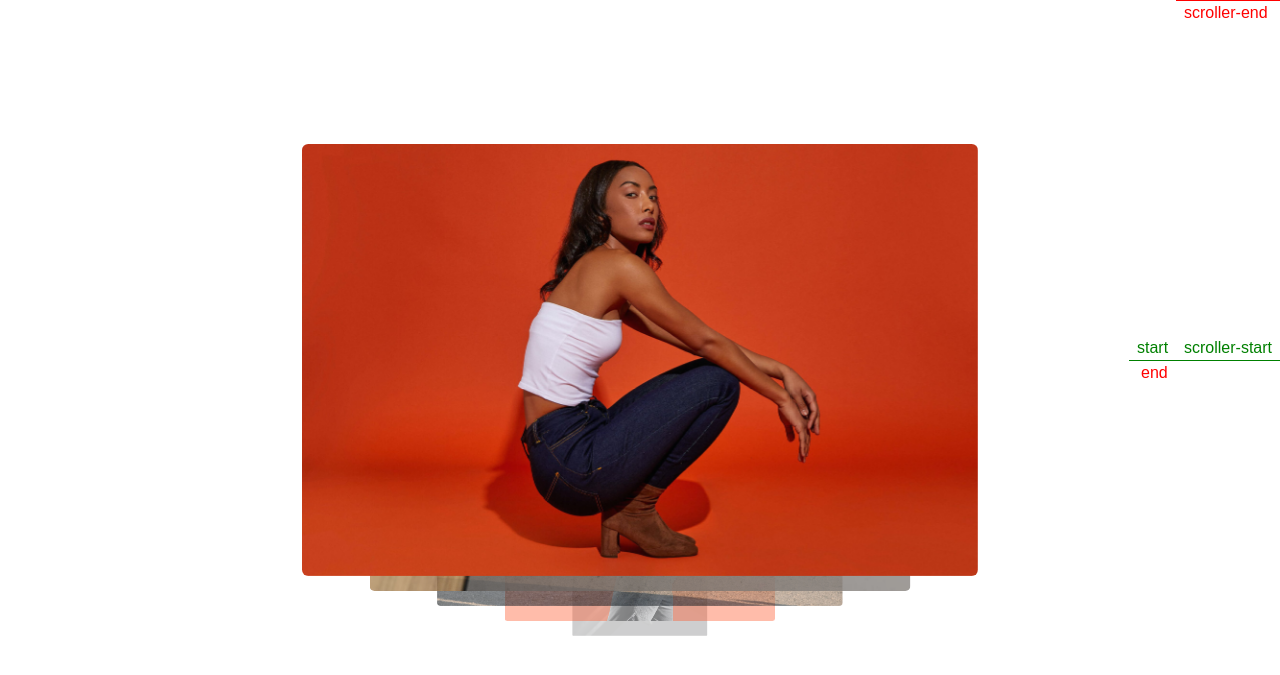
Repository: lwygold/motion
Page: layout/이미지 위로 계속 올라가는레이아웃.html
The author's editor kept a copy of each file at every save. The page is drawn from the files as they stood at one save, then again after the next save.
The browser window is 1280 px wide. The pictures show the whole page.

Above is the page before, as saved 2023-02-21 14:29:53.

After the next save:
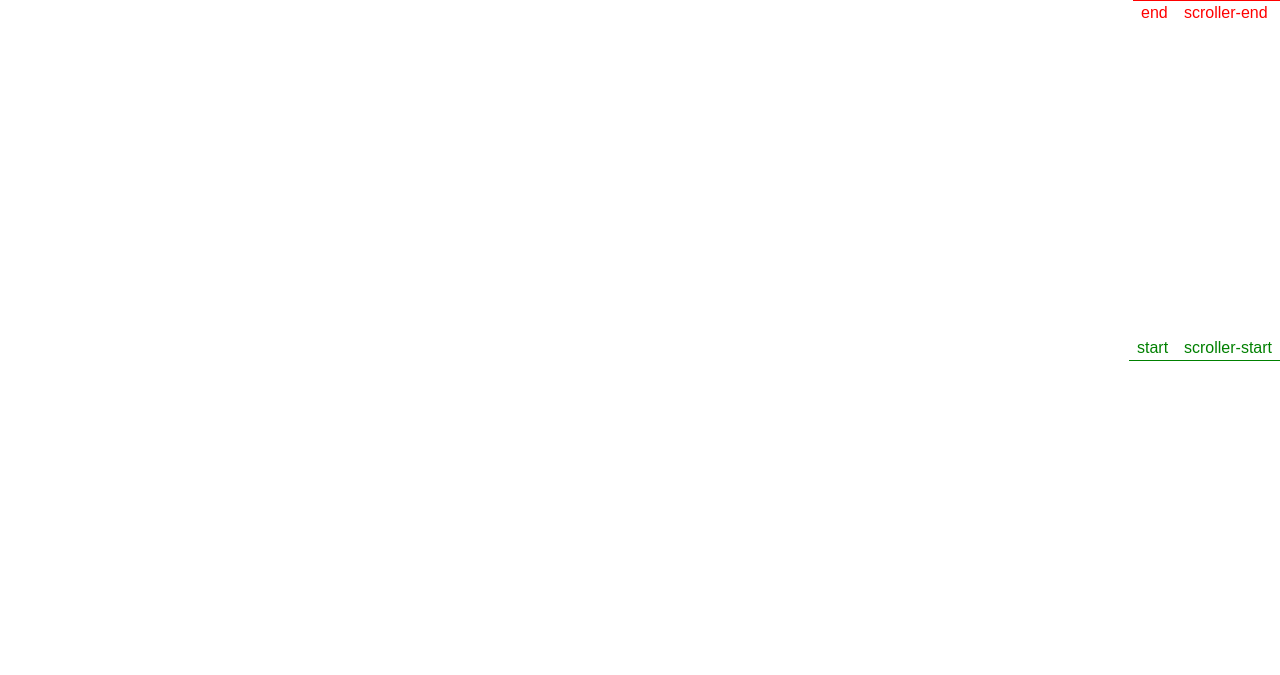
Saved 8 s later.
--- a/layout/이미지 위로 계속 올라가는레이아웃.html
+++ b/layout/이미지 위로 계속 올라가는레이아웃.html
@@ -175,7 +175,7 @@
                 scrollTrigger: {
                     trigger: $ul,
                     start: "center center",
-                    end: 'center 0%',
+                    end: 'top 0%',
                     pin: true,
                     scrub: true,
                     markers: true,

After the save that followed:
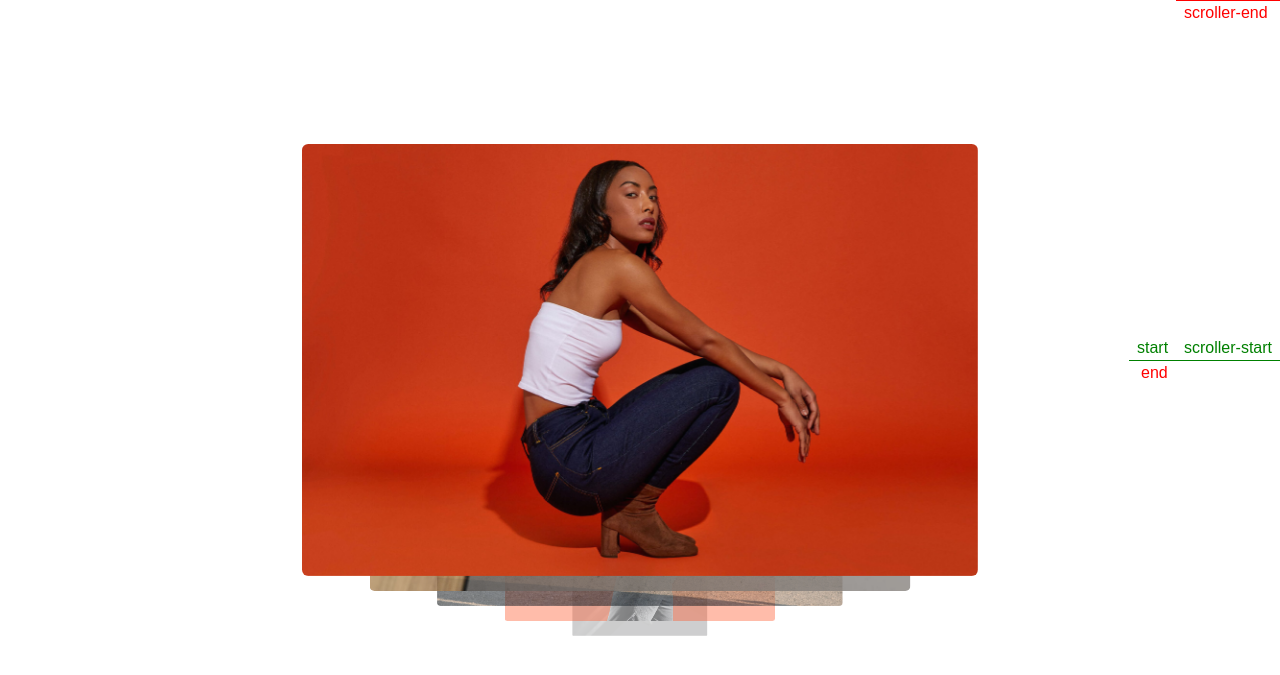
Saved 11 s later.
--- a/layout/이미지 위로 계속 올라가는레이아웃.html
+++ b/layout/이미지 위로 계속 올라가는레이아웃.html
@@ -175,7 +175,7 @@
                 scrollTrigger: {
                     trigger: $ul,
                     start: "center center",
-                    end: 'top 0%',
+                    end: 'center 0%',
                     pin: true,
                     scrub: true,
                     markers: true,
